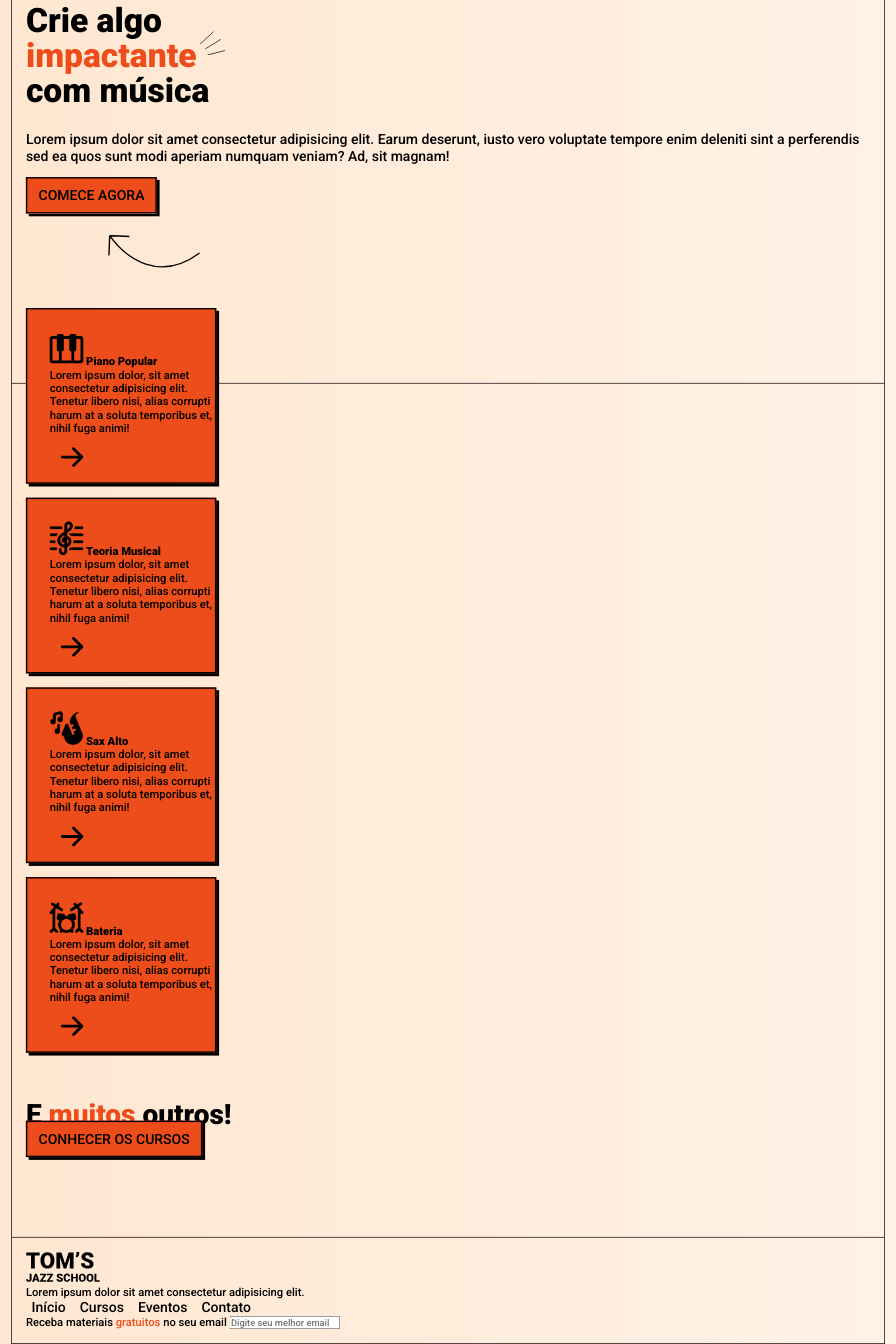
Repository: tenoriodasilva31/OBC-Music-School
Page: index.html
The author's editor kept a copy of each file at every save. The page is drawn from the files as they stood at one save, then again after the next save.
The browser window is 1280 px wide. The pictures show the part of the page from y = 990 to 2910 px (the page is 2910 px tall), at 70% of full size.

Above is the page before, as saved 2023-07-05 17:46:00.

### index.html
<!DOCTYPE html>
<html lang="pt-BR">
<head>
    <meta charset="UTF-8">
    <meta name="viewport" content="width=device-width, initial-scale=1.0">
    <title>Tom's Jazz School</title>

    <link rel="preconnect" href="https://fonts.googleapis.com">
    <link rel="preconnect" href="https://fonts.gstatic.com" crossorigin>

    <link rel="stylesheet" href="index.css">

    <link href="https://fonts.googleapis.com/css2?family=Roboto:wght@500;900&display=swap" rel="stylesheet">
</head>
<body>
    <header>
        <img src="./img/logo.svg" alt="Tom's School">
        <nav class="mt-1 nx-auto">
            <a href="#">Início</a>
            <a href="#">Cursos</a>
            <a href="#">Eventos</a>
            <a href="#">Contato</a>
        </nav>
        <button href="#" class="button mt-1 mb-1 nx-auto">Inscreva-se</button>
    </header>
    <main>
        <section class="hero-section">
            <img src="/img/hero-img.svg" alt="Banda de jazz se apresentando">
            <div>
                <h1 class="mt-2">Crie algo <span class="text-primary decoration">impactante</span> com música</h1>
                <p class="mt-2 mb-2">Lorem ipsum dolor sit amet consectetur adipisicing elit. Earum deserunt, iusto vero voluptate tempore enim deleniti sint a perferendis sed ea quos sunt modi aperiam numquam veniam? Ad, sit magnam!</p>
                <a href="#" class="button mt-1 mb-1 nx-auto">Comece agora</a>
            </div>
        </section>
        <section class="courses-section">
            <div class="cards">
            <article class="card">
                <img src="/img/piano.png" alt="icone de teclas de piano">
                <strong>Piano Popular</strong>
                <p>Lorem ipsum dolor, sit amet consectetur adipisicing elit. Tenetur libero nisi, alias corrupti harum at a soluta temporibus et, nihil fuga animi!</p>
                <a href="#">
                    <img src="/img/arrow-right.svg" alt="Ir para página do curso">
                </a>
            </article>
            <article class="card">
                <img src="/img/clef.png" alt="icone clave">
                <strong>Teoria Musical</strong>
                <p>Lorem ipsum dolor, sit amet consectetur adipisicing elit. Tenetur libero nisi, alias corrupti harum at a soluta temporibus et, nihil fuga animi!</p>
                <a href="#">
                    <img src="/img/arrow-right.svg" alt="Ir para página do curso">
                </a>
            </article>
            <article class="card">
                <img src="/img/sax.png" alt="icone de teclas de piano">
                <strong>Sax Alto</strong>
                <p>Lorem ipsum dolor, sit amet consectetur adipisicing elit. Tenetur libero nisi, alias corrupti harum at a soluta temporibus et, nihil fuga animi!</p>
                <a href="#">
                    <img src="/img/arrow-right.svg" alt="Ir para página do curso">
                </a>
            </article>
            <article class="card">
                <img src="/img/drums.png" alt="icone de teclas de piano">
                <strong>Bateria</strong>
                <p>Lorem ipsum dolor, sit amet consectetur adipisicing elit. Tenetur libero nisi, alias corrupti harum at a soluta temporibus et, nihil fuga animi!</p>
                <a href="#">
                    <img src="/img/arrow-right.svg" alt="Ir para página do curso">
                </a>
            </article>
            </div>
            <h2>E <span class="text-primary">muitos</span> outros!</h2>
            <a href="#" class="button">Conhecer os cursos</a>
        </section>
    </main>

    <footer>
        <div>
            <img src="/img/logo.svg" alt="Tom's School">
            <p>Lorem ipsum dolor sit amet consectetur adipisicing elit. </p>
        </div>
        <nav>
            <a href="#">Início</a>
            <a href="#">Cursos</a>
            <a href="#">Eventos</a>
            <a href="#">Contato</a>
        </nav>
        <form>
            <label for="email">Receba materiais <span class="text-primary">gratuitos</span> no seu email</label>
            <input type="text" name="email" id="email" placeholder="Digite seu melhor email">
        </form>
    </footer>
</body>
</html>

### index.css
* {
    box-sizing: border-box;
    font-family: 'Roboto', sans-serif;
    margin: 0;
    padding: 0;
}

:root {
    --color-primary: #ED4D1B;
    --color-secondary: #FF9a3c;
    --color-black: #000;
    --color-white: #FFF;
}

body {
    background: linear-gradient(90deg, #ffe7d1 0%, #FFF2e6 100%);
    padding: 0 1rem;
}

header,.hero-section, .courses-section, footer {
    border-color: var(--color-black);
    border-style: solid;
    border-width: 0 1px 1px 1px;
    padding: 1.25rem;
}

header img {
    display: block;
    margin: 1rem auto;
}

header nav {
    display: grid;
    grid-template-columns: 1fr, 1fr;
}

nav a {
    color: var(--color-black);
    font-size: 1.25rem;
    padding: .5rem;
    text-decoration: none;
}

header nav a:nth-child(2n-1) {
    text-align: right;
}

.button {
    background-color: var(--color-primary);
    border: 2px solid var(--color-black);
    box-shadow: 4px 4px 0 var(--color-black);
    color: var(--color-black);
    display: black;
    font-size: 1.25rem;
    padding: .75rem 1rem;
    max-width: 14rem;
    text-align: center;
    text-decoration: none;
    text-transform: uppercase;
}

.hero-section {
    padding-right: 0;
    padding-bottom: 16rem;

}

.hero-section img {
    display: block;
    margin: 1.25rem 0 0 auto;
    max-width: 100%;
}

h1 {
    font-size: 3rem;
    line-height: 105%;
}

h2 {
    font-size: 2.5rem;
}

.hero-section p {
    font-size: 1.25rem;
    padding-right: 1.25rem;
}

.hero-section .button {
    position: relative;

}

.hero-section .button::after {
    content: '';
    background: url("/img/arrow-curve.svg");
    position: absolute;
    top: 5rem;
    right: -4rem;
    height: 48px;
    width: 132px;
}

.decoration {
    display: block;
    position: relative;
}

.decoration::after {
    content: '';
    background: url(/img/three-dashes.svg);
    position: absolute;
    top: -0.75rem;
    height: 36px;
    width: 40px;
}

.courses-section {
    padding-bottom: 8rem;

}

.cards {
    display: flex;
    flex-direction: column;
    align-items: start;
    gap: 1.25rem;
    margin-top: -8rem;
    margin-bottom: 4rem;
}

.card {
    background-color: var(--color-primary);
    border: 2px solid var(--color-black);
    box-shadow: 4px 4px 0 var(--color-black);
    max-width: 17rem;
    padding: 2rem 0 0 2rem;
}

.mt-1 {
    margin-top: 1rem;
}

.mt-2 {
    margin-top: 2rem;
}

.mb-1 {
    margin-bottom: 1rem;
}

.mb-2 {
    margin-bottom: 2rem;
}

.mx-auto {
    margin-left: auto;
    margin-right: auto;
}

.text-primary {
    color: var(--color-primary);
}

.text-center {
    text-align: center;
}

After the next save:
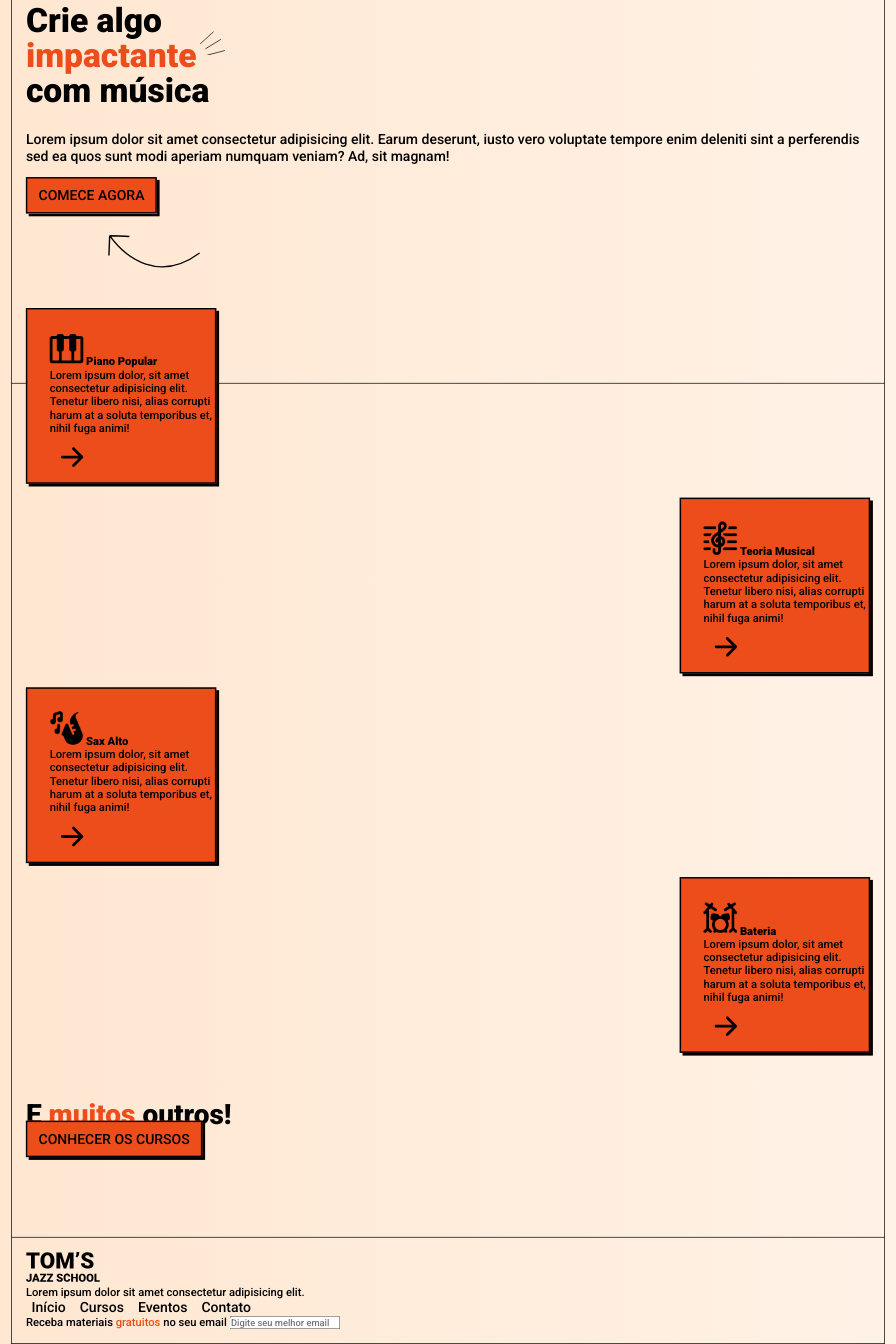
Saved 45 s later.
--- a/index.css
+++ b/index.css
@@ -136,6 +136,10 @@ h2 {
     padding: 2rem 0 0 2rem;
 }
 
+.card:nth-child(2n) {
+    align-self: end;
+}
+
 .mt-1 {
     margin-top: 1rem;
 }
